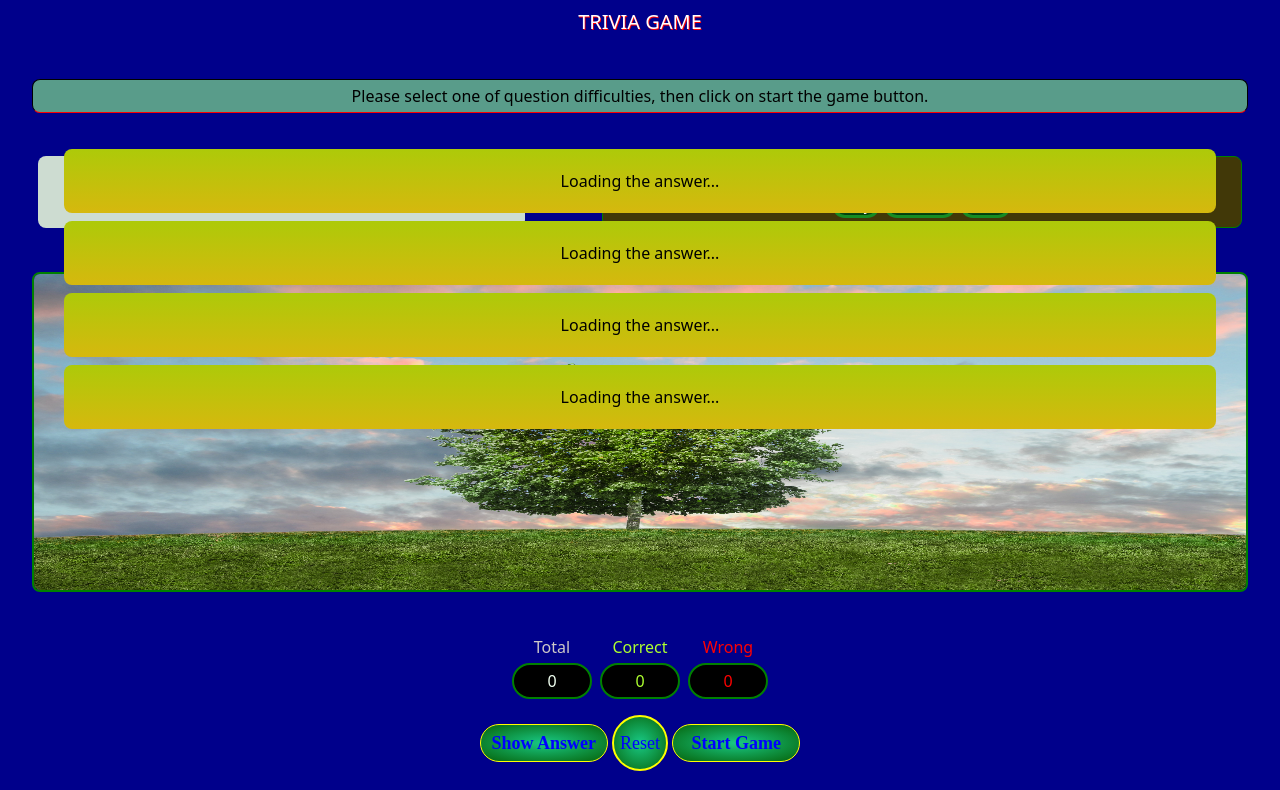
Repository: ShindanoSingi/bembe-trivia
Page: index.html
These files come from the project's save history. The page is drawn as it stood at one moment and after the next save; the edit follows.
The browser window is 1280 px wide. The pictures show the whole page.
Some web libraries are served in a nearby version.

Above is the page before, as saved 2022-09-08 00:55:48.

### index.html
<!DOCTYPE html>
<html lang="en">

    <head>
        <meta charset="UTF-8">
        <meta http-equiv="X-UA-Compatible" content="IE=edge">
        <meta name="viewport" content="width=device-width, initial-scale=1.0">
        <link rel="stylesheet" href="style.css">
        <script src="https://cdn.tailwindcss.com"></script>
        <title>Trivia Game</title>
    </head>

    <body class="">
        <div class="containerBox max-h-[100vh] my-2 flex flex-col gap-[6vh]">
            <h1 class="text-center text-xl" >TRIVIA GAME</h1>
            <div class="questionBox text-center w-[95vw] px-2 h-[8rem] p-1 mx-auto rounded-lg">
                Please select one of question difficulties, then click on start the game button.
            </div>
            <div class="category-and-difficulty-container items-center justify-around flex">
                <div class="category-container w-[38vw] h-[4.5rem] bg-[#CDDCD1] flex items-center flex-col py-[0.3rem] rounded-lg">
                    <div class="labelCategory text-sm font-bold text-black">CATEGORY</div>
                    <div class="category text-sm text-center p-1 rounded-lg">
                        Loading category...
                    </div>
                </div>
                <div class="qDifficultyBox w-[50vw] pb-1 rounded-lg items-center flex h-[4.5rem] justify-around flex-col">
                        <div id="question" class="qCat text-sm">QUESTION DIFFICULTY</div>
                        <div class="difficulties-container flex gap-1">
                            <button class="difficulty px-1.5 text-sm rounded-full" id="easy">Easy</button>
                            <button class="difficulty px-1.5 rounded-full text-sm" id="medium">Medium</button>
                            <button class="difficulty px-1.5 text-sm rounded-full" id="hard">Hard</button>
                    </div>
                </div>
            </div>
            <div class="imgAndQuestions">
                <img class="w-[95vw] h-[20rem] mx-auto" src="pexels-skitterphoto-9198.jpg" alt="nature image">
                <div class="answersButtons absolute bottom-[18.2rem] ml-[5vw] flex space-y-2 items-center  flex-col">
                    <button class="showAnswer w-[90vw] p-1 absolute bottom-[17rem] mx-auto text-sm h-[4rem]">Loading the answer...</button>
                    <button class="response w-[90vw] p-1 text-center text-md h-[4rem]" id="response1">Loading the answer...</button>
                    <button class="response w-[90vw] p-1 text-md h-[4rem]" id="response2">Loading the answer...</button>
                    <button class="response w-[90vw] p-1 text-md h-[4rem]" id="response3">Loading the answer...</button>
                    <button class="response w-[90vw] p-1 text-md h-[4rem]" id="response4">Loading the answer...</button>
                    </div>
                </div>

            <div id="bottomPart" class="flex  mx-auto flex-col items-center gap-4">
                <div class="labelsAndButtons relative left-1 flex space-x-2">
                    <div class="question-number flex flex-col items-center">
                        <p class="labels pb-1" id="labelQ">Total</p>
                        <div class="bottombuttons w-[5rem] text-center py-1" id="questionNumber">0</div>
                    </div>
                    <div class="correct-answers flex flex-col items-center">
                        <p class="labels pb-1" id="labelC">Correct</p>
                        <div class="bottombuttons w-[5rem] text-center py-1" id="correct">0</div>
                    </div>
                    <div class="wrong-answers flex flex-col items-center">
                        <p class="labels pb-1" id="labelW">Wrong</p>
                        <div class="bottombuttons w-[5rem] text-center py-1" id="wrong">0</div>
                    </div>
                    <div class="timerQuestionCorrectWrong"></div>
                </div>
                <div class="threeBottomButtons">
                    <button class="w-[8rem] text-lg py-1" id="showAnswer">Show Answer</button>
                    <button class="reset text-lg p-1 w-[3.5rem] h-[3.5rem] rounded-full">Reset</button>
                    <button class="startGame text-lg w-[8rem] py-1">Start Game</button>
                </div>
            </div>
            </div>
        <script src="./script.js"></script>
    </body>
</html>

### style.css

/* iPhone 8 and smaller */

    /*  Set h1 text to red */
    h1 {
        color: #fff;
        text-shadow: 0.05rem 0.05rem red;
    }

    /* The box containing the question */
    .questionBox {
        color: rgb(0, 0, 0);
        border: 0.02rem solid;
        background-color: rgb(89, 156, 138);
        border-bottom-color: red;
    }

    /* Label for category */
    .labelCategory {
        color: white;
    }

    /* The show answer message box */
    .showAnswer {
        color: honeydew;
        visibility: hidden;
        border: 0.1rem solid green;
        border-radius: 0.5rem;
        background-color:rgb(2, 27, 3);
    }
    /*  Individual difficulty button */
    .difficulty {
        background-image: linear-gradient(rgb(16, 221, 142), rgb(4, 58, 7));
        border: 0.2rem solid rgb(21, 139, 35);
        color: white;
    }

    /*  Class containing all difficulty buttons */
    .difficulties-container {
        border-color: green;
    }
    /* The box containing difficulty buttons */
    .qDifficultyBox {
        border: 0.14vh solid green;
        background-color: rgb(65, 56, 8);
        color: white;
    }

    /* image */
    img {
        border: 0.15rem solid green;
        border-radius: 0.5rem;
    }
    /* all response buttons */
    .response {
        border-color: green;
        background-image: linear-gradient(rgb(173, 202, 9), rgb(214, 184, 14));
        color: black;
        border-radius: 0.5rem;
    }
    /* All response buttons */
    .response:hover {
        background-image: linear-gradient(rgb(32, 90, 165), rgb(72, 168, 192));
    }

    /* Show answer button */
    #showAnswer {
        color: blue;
        border: 0.54vh solid green;
        border: 0.27vh solid yellow;
        border-radius: 20rem;
        font-family: cursive;
        font-weight: bold;
        background-image: radial-gradient(rgb(25, 201, 133), rgb(6, 99, 10));
    }
    #showAnswer:hover {
        background-image: radial-gradient(rgb(201, 25, 25), rgb(93, 99, 6));
        color: white;
    }
    /* Start game button */
    .startGame {
        color: blue;
        border: 0.54vh solid green;
        border: 0.27vh solid yellow;
        border-radius: 20rem;
        font-family: cursive;
        font-weight: bold;
        background-image: radial-gradient(rgb(25, 201, 133), rgb(6, 99, 10));
    }
    /* Start game button */
    .startGame:hover {
        background-image: radial-gradient(rgb(201, 25, 25), rgb(93, 99, 6));
        color: white;
    }
    /* Reset button */
    .reset {
        color: blue;
        border: 0.5rem solid green;
        border: 0.15rem solid yellow;
        font-family: cursive;
        background-image: radial-gradient(rgb(25, 201, 133), rgb(6, 99, 10));
    }
    /* Reset button */
    .reset:hover {
        background-image: radial-gradient(rgb(201, 25, 25), rgb(93, 99, 6));
        color: white;
    }

    /* Class containing the 3 bottom labels  (total questions, correct answers and wrong answers) */
    .question-number {
        color: rgb(205, 200, 200);
    }

    .correct-answers {
        color: greenyellow;
    }

    .wrong-answers {
        color: red;
    }

    /* The bottom boxes for total question number, correct answers and wrong answers */
    .bottombuttons {
        border: 0.15rem solid green;
        background-color: black;
        color: honeydew;
        border-radius: 2rem;
    }

    /* Set the wrong anser to red */
    #wrong {
        color: rgb(255, 0, 0);
    }
    /* Set the correct anser to green */
    #correct {
        color: greenyellow;
    }

    /* Change the color when "easy" button is hovered over */
    #easy:hover {
        background-image: linear-gradient(rgb(202, 9, 9), rgb(214, 184, 14));
    }
    /* Change the color when "easy" button is hovered over */
    #medium:hover {
        background-image: linear-gradient(rgb(202, 9, 9), rgb(214, 184, 14));
    }
    /* Change the color when "easy" button is hovered over */
    #hard:hover {
        background-image: linear-gradient(rgb(202, 9, 9), rgb(214, 184, 14));
    }

    body {
      background-color: darkblue;
    }

### script.js
// Declaring variables

// Capture win window
let winWindow = document.querySelector('.win');

// Declae win reset button
let winResetButton = document.querySelector('.winReset');

// define lose reset button
let loseResetButton = document.querySelector('.loseReset');

// define lose window
let loseWindow = document.querySelector('.lose');

// define win image
let winImage = document.querySelector('.winImage')

// define a message if the payer loses the game
let loseMessage = document.querySelector('#losePar');

// define
let video = document.querySelector('#myVideo');

// Get Body content
let body = document.querySelector('body');

// This will hold category information
let category = document.querySelector('.category');

// This will hold the question
let question = document.querySelector('.questionBox');

// This is for all response buttons
let answerButtons = document.querySelector('.answersButtons');

// Define difficulty buttons
let difficultyButtons = document.querySelector('.difficulties-container');

// Define image
let image = document.querySelector('img');

// Define audio button
let audioButton = document.querySelector('.audio');

// Declaring individual difficulty buttons
let easyButton = document.querySelector('#easy');
let mediumButton = document.querySelector('#medium');
let hardButton = document.querySelector('#hard');

// This is for individual responses
let response1 = document.querySelector('#response1');
let response2 = document.querySelector('#response2');
let response3 = document.querySelector('#response3');
let response4 = document.querySelector('#response4');

// Define the total number of questions' box.
let totNumQuestionsBox = document.querySelector('#questionNumber');

// This will hold number of correct answers
let cAnswer = document.querySelector('#correct');

// This will hold number of wrong answers
let wAnswer = document.querySelector('#wrong');

// Define the "show answer" button
let showAnswerButton = document.querySelector('#showAnswer');

let corrAnswer;

// Create new audio objects
// Code source: https://www.w3schools.com/jsref/met_audio_play.asp
let audio = new Audio('general-logo-13395.mp3');

let questionscoreCount = 0;
let correctAnswerScoreCount = 0;
let wrongAnswerscoreCount = 0;
let scoreCount = 0;
let clear = '';
let difficulty = '';

// Set winning scoreCount
let winningscoreCount = 6;

let highscoreCount = 0;

let startGame = document.querySelector('.startGame');

// Takes the response from fetch
let triviaQuestion;

// Define a global url which will be accessed by multiple functions
let url;

// Array of all Images/jpg
// https://www.pexels.com/search/environment/
let arrayImages = [];
arrayImages.push('pexels-ákos-szabó-440731.jpg');
arrayImages.push('pexels-atikul-haque-rafat-679598.jpg');
arrayImages.push('pexels-felix-mittermeier-957024.jpg');
arrayImages.push('pexels-ian-turnell-709552.jpg');
arrayImages.push('pexels-karolina-grabowska-5750182.jpg');
arrayImages.push('pexels-mahima-1250260.jpg');
arrayImages.push('pexels-mali-maeder-142497.jpg');
arrayImages.push('pexels-matthias-cooper-580900.jpg');
arrayImages.push('pexels-min-an-1131458.jpg');
arrayImages.push('pexels-minamarie-michell-570041.jpg');
arrayImages.push('pexels-olya-kobruseva-5236397.jpg');
arrayImages.push('pexels-pixabay-33044.jpg');
arrayImages.push('pexels-pixabay-221012.jpg');
arrayImages.push('pexels-pixabay-235615.jpg');
arrayImages.push('pexels-pixabay-259280.jpg');
arrayImages.push('pexels-pixabay-302804.jpg');
arrayImages.push('pexels-pixabay-414090.jpg');
arrayImages.push('pexels-pixabay-459225.jpg');
arrayImages.push('pexels-pixabay-459225.jpg');
arrayImages.push('pexels-pixabay-460621.jpg');
arrayImages.push('pexels-scott-webb-1048033.jpg');
arrayImages.push('pexels-skitterphoto-9198.jpg');
arrayImages.push('pexels-sohail-na-807598.jpg');

// for correct and wrong answer song; source code:
// https://www.dreamstime.com/stock-music-sound-effect/wrong-answer-answer.html

// Reset the game when the "Reset" button is clicked
let resetButton = document.querySelector('.reset');
resetButton.addEventListener('click', () => {

    // Code source: https://www.w3schools.com/jsref/met_audio_play.asp
    audio.volume = 0.2;

    // Refresh the page/window
    window.location.reload();
});

// Assign color to all answer buttons and call "play" function
let startButton = () => {

    // Increament the score count.
    scoreCount++;

    // Select all responses buttons.
    let responses = document.querySelectorAll('.response');
    responses.forEach(response => {
        response.style.backgroundImage = 'linear-gradient(rgb(173, 202, 9), rgb(57, 14, 214));'
    })

    // When the "Start The Game" button is presNexted, Call "play" function
    play();
}

// Select difficulty buttons
difficultyButtons.addEventListener('click', e => {

    // Target the element/button by its id.
    difficulty = e.target.id;

    // Only change the color "easy" button is selected, then enable "Start The Game"
    if (difficulty === 'easy') {

        // Only change the background of "easy button" to a different color, and let other bottons'
        // colors unchanged.
        e.target.style.backgroundImage = 'linear-gradient(rgb(9, 25, 202), rgb(81, 14, 214))';
        mediumButton.style.backgroundImage = `linear-gradient(rgb(16, 221, 142), rgb(4, 58, 7))`;
        hardButton.style.backgroundImage = `linear-gradient(rgb(16, 221, 142), rgb(4, 58, 7))`;

        // Start the Game when "Start The Game" is clicked
        let startGame = document.querySelector('.startGame');
        startGame.addEventListener('click', () => {
            startButton();
        });
    }

    // Only change the color "medium" button is selected, then enable "Start The Game"
    else if (difficulty === 'medium') {

        // Only change the background of "medium button" to a different color, and let other bottons'
        // colors unchanged.
        e.target.style.backgroundImage = 'linear-gradient(rgb(9, 25, 202), rgb(81, 14, 214))';
        easyButton.style.backgroundImage = `linear-gradient(rgb(16, 221, 142), rgb(4, 58, 7))`;
        hardButton.style.backgroundImage = `linear-gradient(rgb(16, 221, 142), rgb(4, 58, 7))`;

        // Start the Game when "Start The Game" is clicked
        startGame.addEventListener('click', () => {
            startButton();
        });
    }

    // Only change the color "hard" button is selected, then enable "Start The Game"
    else if (difficulty === 'hard') {

        // Only change the background of "hard button" to a different color, and let other bottons'
        // colors unchanged.
        e.target.style.backgroundImage = 'linear-gradient(rgb(9, 25, 202), rgb(81, 14, 214))';
        mediumButton.style.backgroundImage = `linear-gradient(rgb(16, 221, 142), rgb(4, 58, 7))`;
        easyButton.style.backgroundImage = `linear-gradient(rgb(16, 221, 142), rgb(4, 58, 7))`;



        // Start the Game when "Start The Game" is clicked
        startGame.addEventListener('click', () => {
            startButton();
        });
    }

    // Return the value of the chosen difficulty button.
    return difficulty;
})



// Play the game when the start game button is click.
function play() {

    // Define and get a random number
    // Source: https://www.w3schools.com/jsref/jsref_random.asp
    let randomQuestion = Math.floor(Math.random() * 10 + 9);

    // Get the question from the API
    // Source: https://opentdb.com/api_config.php
    url = `https://opentdb.com/api.php?amount=50&difficulty=${difficulty}&type=multiple`

    // Define an empty array that will hold the correct answer and 3 wrong answers
    let arr = [];

    // fetch the the result for the above url.
    fetch(url)
        .then(res => {
            return res.json()
        })

        .then(res => {

            triviaQuestion = res;

            // Capture the correct from the response
            corrAnswer = res.results[0].correct_answer;

            arr.push(res.results[0].correct_answer);
            arr.push(res.results[0].incorrect_answers[0])
            arr.push(res.results[0].incorrect_answers[2])
            arr.push(res.results[0].incorrect_answers[1])

            category.innerHTML = res.results[0].category
            question.innerHTML = res.results[0].question

            // Assigning answers to answers buttons
            response1.innerHTML = arr[0];
            response2.innerHTML = arr[1];
            response3.innerHTML = arr[2];
            response4.innerHTML = arr[3];

            // Shuffling the array to avoid answers pattern.
            for (let i = arr.length - 1; i > 0; i--) {
                let j = Math.floor(Math.random() * (i + 1))

                let tempNum = arr[i];
                arr[i] = arr[j];
                arr[j] = tempNum;
            }
        })
}


// Track the clicking event of each answerButton
answerButtons.addEventListener('click', (event) => {

    // Check if the selected answer is equal to correct answer
    if (event.target.innerText === triviaQuestion.results[0].correct_answer) {

        // Increment total number of question
        scoreCount++;

        // Increament the the number of correct answers.
        correctAnswerScoreCount++;

        // Write the correct answer in the correct answer box
        cAnswer.innerText = correctAnswerScoreCount;

        for (let i = arrayImages.length - 1; i > 0; i--) {
            let j = Math.floor(Math.random() * (i + 1))

            let tempNum = arrayImages[i];
            arrayImages[i] = arrayImages[j];
            arrayImages[j] = tempNum;
        }

        // Play a random video
        image.src = arrayImages[1];

        // Set the background of the correct answer to green
        event.target.style.backgroundImage = `linear-gradient(rgb(0, 255, 106),
        rgb(9, 106, 28))`;

        // Call the next question
        nextQuestion()
    }

    // Check if the selected answer is not equal to the correct answer
    else if (event.target.innerText !== triviaQuestion.results[0].correct_answer) {

        // Play this audio if the answer is incorrect
        let audioWrongAnswer = new Audio('wrongAnswer.mp3');


        for (let i = arrayImages.length - 1; i > 0; i--) {
            let j = Math.floor(Math.random() * (i + 1))

            let tempNum = arrayImages[i];
            arrayImages[i] = arrayImages[j];
            arrayImages[j] = tempNum;
        }

        // Play a random video
        image.src = arrayImages[0];

        // Incremment scoreCount
        scoreCount++;

        // Increament the the number of incorrect answers.
        wrongAnswerscoreCount++;

        // Set the background of the correct answer to red
        event.target.style.backgroundImage = 'linear-gradient(rgb(220, 7, 7), #fa0a0a)';

        // Write the incorrect answer in the wrong answer box
        wAnswer.innerHTML = wrongAnswerscoreCount;
    }

    // Call the next question
    nextQuestion();
})

// Refresh the window reset all numbers to 0 and all texts to empty.
function refreshWindow() {
    window.location.reload()
}

// This function runs when the player calls for the next question.
function nextQuestion() {


    // Source: https://www.w3schools.com/jsref/jsref_random.asp
    let randomQuestions = Math.floor(Math.random() * 10 + 9);

    let urlNext = `https://opentdb.com/api.php?amount=1&category=${randomQuestions}&type=multiple`

    let arrNext = [];

    fetch(urlNext)
        .then(resNext => {
            return resNext.json()
        })

        .then(resNext => {

            // Capture the correct from the response
            corrAnswer = resNext.results[0].correct_answer;

            // Assign the response from fetch to triviaQuestion
            triviaQuestion = resNext;

            arrNext.push(resNext.results[0].correct_answer);
            arrNext.push(resNext.results[0].incorrect_answers[0])
            arrNext.push(resNext.results[0].incorrect_answers[2])
            arrNext.push(resNext.results[0].incorrect_answers[1])

            // Shuffling the array to avoid answers pattern.
            // source: https://www.geeksforgeeks.org/how-to-shuffle-an-array-using-javascript/

            for (let i = arrNext.length - 1; i > 0; i--) {
                let j = Math.floor(Math.random() * (i + 1))

                let tempNums = arrNext[i];
                arrNext[i] = arrNext[j];
                arrNext[j] = tempNums;
            }

            // Assigning original coloanswers to answers buttons
            response1.innerHTML = arrNext[0];
            response1.style.backgroundImage = 'linear-gradient(rgb(173, 202, 9), rgb(57, 14, 214))'

            response2.innerHTML = arrNext[1];
            response2.style.backgroundImage = 'linear-gradient(rgb(173, 202, 9), rgb(57, 14, 214))'

            response3.innerHTML = arrNext[2];
            response3.style.backgroundImage = 'linear-gradient(rgb(173, 202, 9), rgb(57, 14, 214))'

            response4.innerHTML = arrNext[3];
            response4.style.backgroundImage = 'linear-gradient(rgb(173, 202, 9), rgb(57, 14, 214))'

            category.innerHTML = resNext.results[0].category
            question.innerHTML = resNext.results[0].question

            console.log(resNext.results[0])

        })
}

// Display the answer if the "show Andwer" button is clicked for 1 second, then hide the answer.
showAnswerButton.addEventListener('click', () => {
    let answerBox = document.querySelector('.showAnswer');

    setTimeout(function () {
        answerBox.style.visibility = 'visible';
        answerBox.style.zIndex = '100';

        answerBox.innerHTML = corrAnswer;
        //Hide the answer
        setTimeout(function () {
            answerBox.style.visibility = 'hidden';

        }, 1000)
    }, 1000)

    if (answerBox.innerHTML === 'undefined') {
        answerBox.innerHTML = "Loading the answer...";
    }
    else {
        answerBox.innerHTML = "Loading the answer...";
    }
})

After the next save:
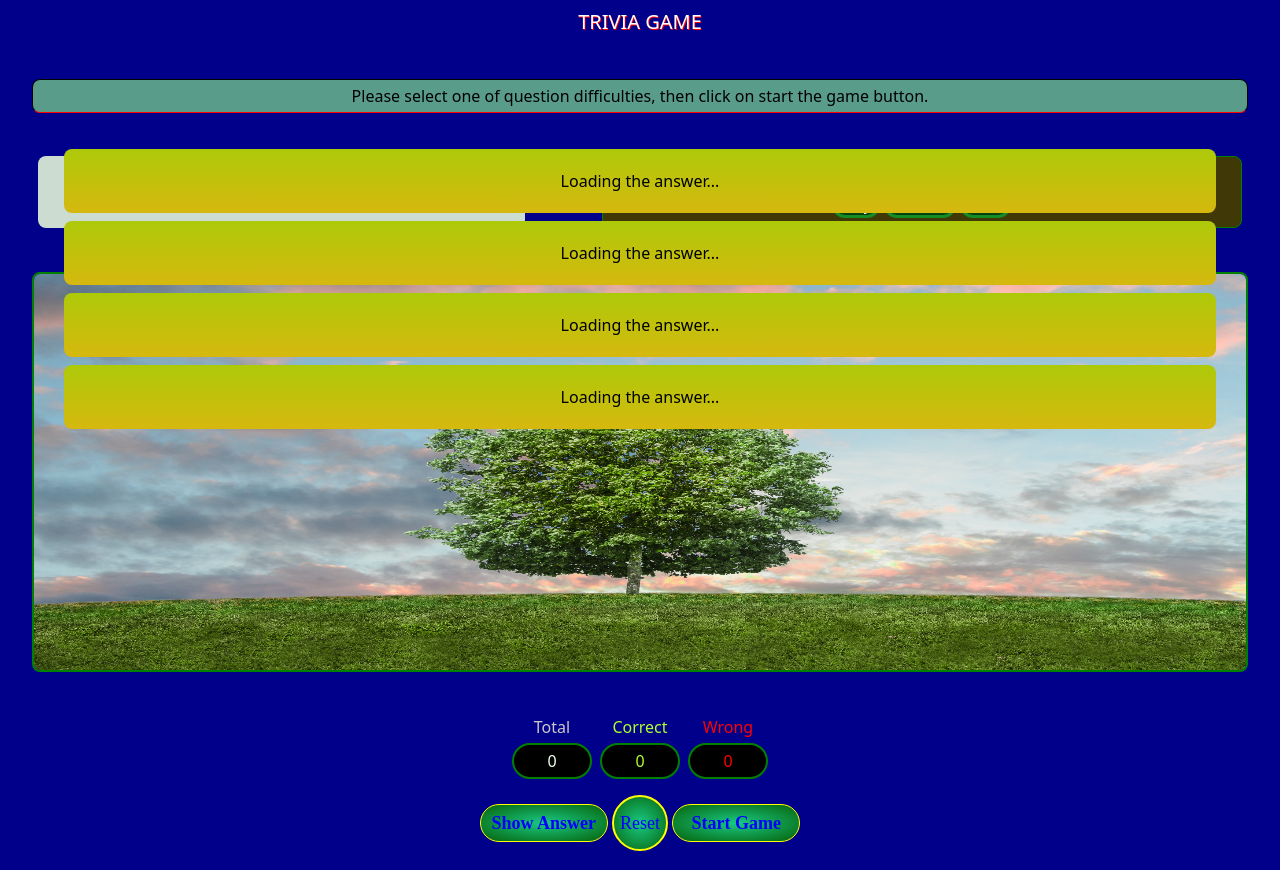
Saved 35 s later.
--- a/index.html
+++ b/index.html
@@ -33,7 +33,7 @@
                 </div>
             </div>
             <div class="imgAndQuestions">
-                <img class="w-[95vw] h-[20rem] mx-auto" src="pexels-skitterphoto-9198.jpg" alt="nature image">
+                <img class="w-[95vw] h-[25rem] mx-auto" src="pexels-skitterphoto-9198.jpg" alt="nature image">
                 <div class="answersButtons absolute bottom-[18.2rem] ml-[5vw] flex space-y-2 items-center  flex-col">
                     <button class="showAnswer w-[90vw] p-1 absolute bottom-[17rem] mx-auto text-sm h-[4rem]">Loading the answer...</button>
                     <button class="response w-[90vw] p-1 text-center text-md h-[4rem]" id="response1">Loading the answer...</button>
